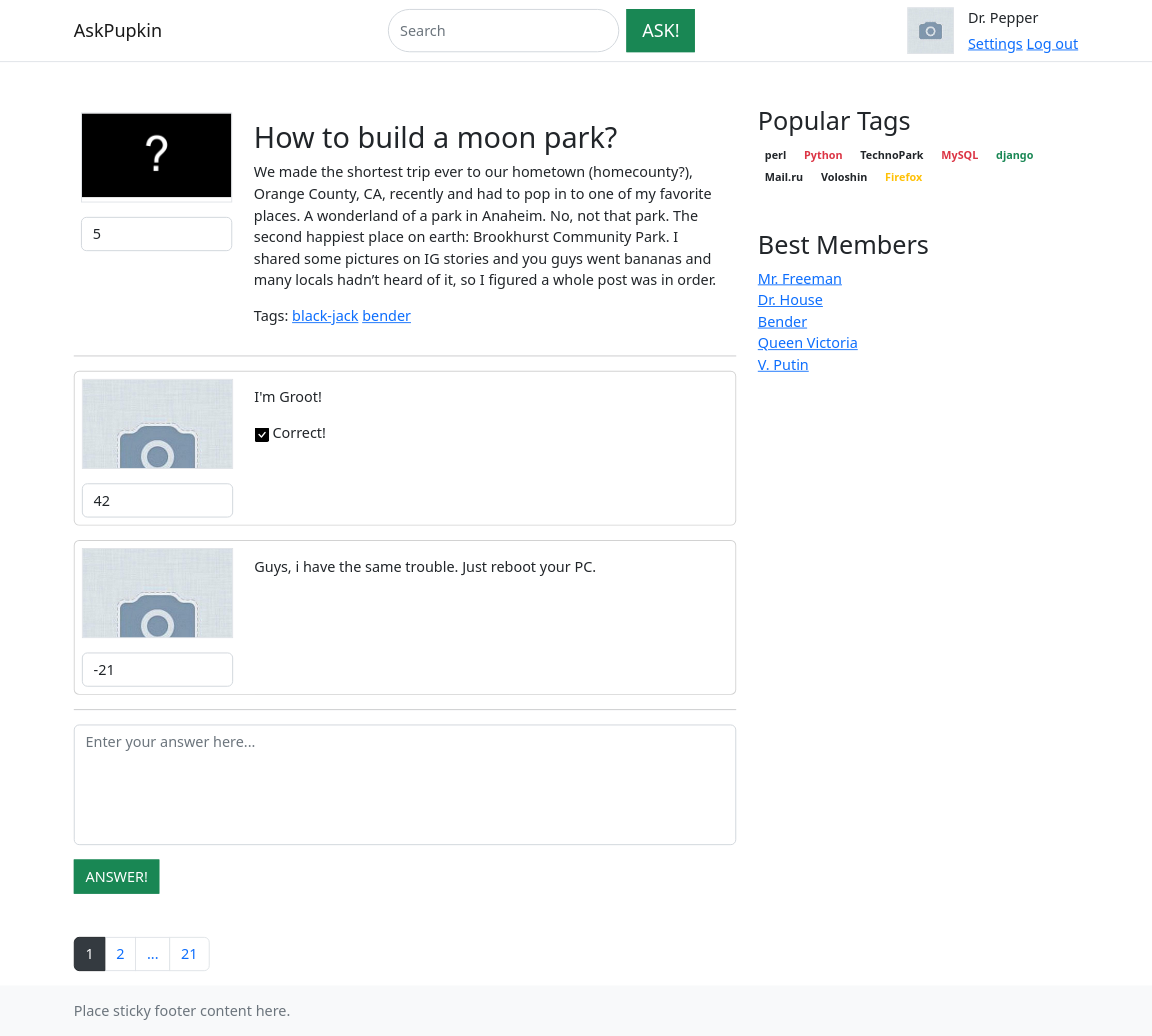
Repository: MiniDan21/askme_molchanov_django
Page: http://localhost/question/1
An editor plug-in stored every save of this project. The page is shown before and after the next save, followed by the edit.
The browser window is 1280 px wide. The pictures show the whole page, at 90% of full size.
The page is served by the project's application, run on Django 5.2 (manage.py). Other server files are loaded and not shown.

Above is the page before, as saved 2024-04-09 19:02:17.

### templates/question.html
<!doctype html>
<html lang="en">
  <head>
    <meta charset="utf-8"/>
    <meta
      name="viewport"
      content="width=device-width, initial-scale=1"
    />
    <title>ask-pipkin.com</title>
    <link
      rel="stylesheet"
      href="../static/css/bootstrap.css"
    />
    <link
      rel="stylesheet"
      href="../static/css/custom.css"
    />
  </head>
  <body>
    <nav class="navbar bg-body-tertiary border-bottom">
      <div class="container-sm-fluid container-lg">
        <a class="navbar-brand">AskPupkin</a>
        <form
          class="d-flex"
          role="search"
        >
          <input
            class="form-control me-2 rounded-pill"
            type="search"
            placeholder="Search"
            aria-label="Search"
          />
          <button
            class="btn btn-success btn-lg rounded-0"
            type="submit"
          >ASK!</button>
        </form>
        <div class="d-flex justify-content-between gap-3">
          <div class="border">
            <img
              src="../static/img/alter_avatar.jpg"
              alt="Avatar"
              width="50"
              height="50"
            />
          </div>
          <div class="d-flex flex-column justify-content-between">
            <div>Dr. Pepper</div>
            <div>
              <a href="/settings.html">Settings</a>
              <a href="/logout.html">Log out</a>
            </div>
          </div>
        </div>
      </div>
    </nav>
    <main class="container-fluid container-lg mt-3">
      <div class="row mt-5">
        <div class="col-8">
          <article class="card mb-3 w-100 border-0">
            <div class="row g-0">
              <div class="col-3 p-2">
                <div
                  class="border w-100 mb-3 overflow-hidden"
                  style="height: 100px"
                >
                  <img
                    src="../static/img/alter_question_avatar.jpg"
                    class="img-fluid"
                    alt="..."
                  />
                </div>
                <div class="input-group flex-nowrap">
                  <input
                    type="number"
                    value="5"
                    class="form-control"
                  />
                </div>
              </div>
              <div class="col">
                <div class="card-body">
                  <h2 class="card-title">
                    How to build a moon park?
                  </h2>
                  <p class="card-text">
                    We made the shortest trip ever to our hometown (homecounty?), Orange
                    County, CA, recently and had to pop in to one of my favorite places.
                    A wonderland of a park in Anaheim. No, not that park. The second happiest
                    place on earth: Brookhurst Community Park. I shared some pictures on IG
                    stories and you guys went bananas and many locals hadn’t heard of it, so I
                    figured a whole post was in order.
                  </p>
                  <div class="row">
                    <div class="col-8">
                      <span>Tags:</span>
                      <a href="/tag.html">black-jack</a>
                      <a href="/tag.html">bender</a>
                    </div>
                  </div>
                </div>
              </div>
            </div>
          </article>
          <hr/>
          <article class="card mb-3 w-100">
            <div class="row g-0">
              <div class="col-3 p-2">
                <div
                  class="border w-100 mb-3 overflow-hidden"
                  style="height: 100px"
                >
                  <img
                    src="../static/img/alter_avatar.jpg"
                    class="img-fluid relative"
                    alt="..."
                  />
                </div>
                <div class="input-group flex-nowrap">
                  <input
                    type="number"
                    value="42"
                    class="form-control"
                  />
                </div>
              </div>
              <div class="col">
                <div class="card-body">
                  <p class="card-text">
                    I'm Groot!
                  </p>
                  <div class="row">
                    <div class="col-8">
                      <picture>
                        <img
                          src="../static/img/checked.svg"
                          alt=""
                          class="img-fluid"
                        />
                      </picture>
                      Correct!
                    </div>
                  </div>
                </div>
              </div>
            </div>
          </article>
          <article class="card mb-3 w-100">
            <div class="row g-0">
              <div class="col-3 p-2">
                <div
                  class="border w-100 mb-3 overflow-hidden"
                  style="height: 100px"
                >
                  <img
                    src="../static/img/alter_avatar.jpg"
                    class="img-fluid relative"
                    alt="..."
                  />
                </div>
                <div class="input-group flex-nowrap">
                  <input
                    type="number"
                    value="-21"
                    class="form-control"
                  />
                </div>
              </div>
              <div class="col">
                <div class="card-body">
                  <p class="card-text">
                    Guys, i have the same trouble. Just reboot your PC.
                  </p>
                  <div class="row"></div>
                </div>
              </div>
            </div>
          </article>
          <hr/>
          <div class="mb-5 w-100">
            <div class="input-group mb-3">
              <textarea
                class="form-control resize-none"
                placeholder="Enter your answer here..."
                rows="5"
              ></textarea>
            </div>
            <button
              class="btn btn-success rounded-0"
              type="submit"
            >ANSWER!</button>
          </div>
          <nav aria-label="Page navigation example">
            <ul class="pagination">
              <li
                class="page-item active"
                aria-current="page"
              >
                <span class="page-link color-black">1</span>
              </li>
              <li class="page-item">
                <a
                  class="page-link"
                  href="#"
                >2</a>
              </li>
              <li class="page-item">
                <a
                  class="page-link"
                  href="#"
                >...</a>
              </li>
              <li class="page-item">
                <a
                  class="page-link"
                  href="#"
                >21</a>
              </li>
            </ul>
          </nav>
        </div>
        <div class="col-4">
          <h3>Popular Tags</h3>
          <div class="row">
            <div class="col">
              <span class="badge text-dark">perl</span>
              <span class="badge text-danger">Python</span>
              <span class="badge text-dark">TechnoPark</span>
              <span class="badge text-danger">MySQL</span>
              <span class="badge text-success">django</span>
              <span class="badge text-dark">Mail.ru</span>
              <span class="badge text-dark">Voloshin</span>
              <span class="badge text-warning">Firefox</span>
            </div>
          </div>
          <h3 class="mt-5">Best Members</h3>
          <div>
            <a
              href="/member.html"
              class="d-block"
            >
              Mr. Freeman
            </a>
            <a
              href="/member.html"
              class="d-block"
            >
              Dr. House
            </a>
            <a
              href="/member.html"
              class="d-block"
            >
              Bender
            </a>
            <a
              href="/member.html"
              class="d-block"
            >
              Queen Victoria
            </a>
            <a
              href="/member.html"
              class="d-block"
            >V. Putin</a>
          </div>
        </div>
      </div>
    </main>
    <footer class="p-3 bg-light">
      <div class="container">
        <span class="text-muted">Place sticky footer content here.</span>
      </div>
    </footer>
    <script src="../static/js/bootstrap.bundle.min.js"></script>
  </body>
</html>

### app/views.py
from random import randint, sample

from django.http import HttpRequest
from django.shortcuts import get_object_or_404, render, redirect


authed = True
def index(request: HttpRequest):
    questions = []
    TAGS = ['IT', 'JS', 'C++', 'Python', 'Django', 'Golang']
    for i in range(1,30):
        tags = [{'name': tag} for tag in sample(TAGS, randint(1, 3))]
        questions.append({
            'title': f'title {i}',
            'id': i,
            'text': f'text {i}',
            'answers': f'answers {randint(0, 6)}',
            'tags': tags,
            'likes': randint(-10, 10),
            'avatar': '../static/img/alter_question_avatar.jpg',
        })

    return render(request, "index.html", {"questions": questions, "authed": authed})

def question(request, id):
    return render(request, "question.html", {"authed": authed})

def tag(request, tag_name):
    questions = []
    for i in range(1,10):
        questions.append({
            'title': f'title {i}',
            'id': i,
            'text': f'text {i}',
            'answers': f'answers {randint(0, 6)}',
            'tags': [{'name': tag_name}],
            'likes': randint(10, 20),
            'avatar': '../static/img/alter_question_avatar.jpg',
        })
    return render(request, "tag.html", {'questions': questions, 'tag': tag_name, "authed": authed})

def hot(request):
    questions = []
    TAGS = ['IT', 'JS', 'C++', 'Python', 'Django', 'Golang']
    for i in range(1,30):
        tags = [{'name': tag} for tag in sample(TAGS, randint(1, 3))]
        questions.append({
            'title': f'title {i}',
            'id': i,
            'text': f'text {i}',
            'answers': f'answers {randint(0, 6)}',
            'tags': tags,
            'likes': randint(10, 20),
            'avatar': '../static/img/alter_question_avatar.jpg',
        })

    return render(request, "hot.html", {"authed": authed, "questions": sorted(questions, key=lambda x: x['likes'])[::-1]})


def signup(request):
    return render(request, "signup.html")

def login(request: HttpRequest):
    global authed
    authed = True

    return render(request, "login.html")

def ask(request):
    return render(request, "ask.html", {"authed": authed})

def logout(request: HttpRequest):
    global authed
    authed = False
    return redirect('index', permanent=False)

def settings(request):
    return render(request, "settings.html", {"authed": authed})

### askme_molchanov_django/urls.py
"""
URL configuration for askme_molchanov_django project.

The `urlpatterns` list routes URLs to views. For more information please see:
    https://docs.djangoproject.com/en/5.0/topics/http/urls/
Examples:
Function views
    1. Add an import:  from my_app import views
    2. Add a URL to urlpatterns:  path('', views.home, name='home')
Class-based views
    1. Add an import:  from other_app.views import Home
    2. Add a URL to urlpatterns:  path('', Home.as_view(), name='home')
Including another URLconf
    1. Import the include() function: from django.urls import include, path
    2. Add a URL to urlpatterns:  path('blog/', include('blog.urls'))
"""
from django.contrib import admin
from django.urls import path, include

urlpatterns = [
    path("", include("app.urls")),
    path('admin/', admin.site.urls),
]

### app/urls.py
from django.urls import path

from . import views

urlpatterns = [
    path("", views.index, name="index"),
    path("question/<int:id>", views.question, name="question"),
    path("tag/<str:tag_name>", views.tag, name="tag"),
    path("hot", views.hot, name="hot"),
    path("ask", views.ask, name="ask"),
    path("login", views.login, name="login"),
    path("signup", views.signup, name="signup"),
    path("logout", views.logout, name="logout"),
    path("settings", views.settings, name="settings"),
    # # ex: /polls/5/
    # path("<int:question_id>/", views.detail, name="detail"),
    # # ex: /polls/5/results/
    # path("<int:question_id>/results/", views.results, name="results"),
    # # ex: /polls/5/vote/
    # path("<int:question_id>/vote/", views.vote, name="vote"),
]

### static/css/custom.css
textarea{
    resize: none;
}

.pagination {
    --bs-pagination-padding-x: 0.75rem;
    --bs-pagination-padding-y: 0.375rem;
    --bs-pagination-font-size: 1rem;
    --bs-pagination-color: var(--bs-link-color);
    --bs-pagination-bg: #fff;
    --bs-pagination-border-width: 1px;
    --bs-pagination-border-color: #dee2e6;
    --bs-pagination-border-radius: 0.375rem;
    --bs-pagination-hover-color: var(--bs-link-hover-color);
    --bs-pagination-hover-bg: #e9ecef;
    --bs-pagination-hover-border-color: #dee2e6;
    --bs-pagination-focus-color: var(--bs-link-hover-color);
    --bs-pagination-focus-bg: #e9ecef;
    --bs-pagination-focus-box-shadow: 0 0 0 0.25rem rgba(108, 117, 125, 0.25);
    --bs-pagination-active-color: #fff;
    --bs-pagination-active-bg: var(--bs-gray-dark);
    --bs-pagination-active-border-color: var(--bs-gray-900);
    --bs-pagination-disabled-color: #6c757d;
    --bs-pagination-disabled-bg: #fff;
    --bs-pagination-disabled-border-color: #dee2e6;
    display: flex;
    padding-left: 0;
    list-style: none;
  }

### static/img/checked.svg
<svg xmlns="http://www.w3.org/2000/svg" width="16" height="16" fill="currentColor" class="bi bi-check-square-fill" viewBox="0 0 16 16">
  <path d="M2 0a2 2 0 0 0-2 2v12a2 2 0 0 0 2 2h12a2 2 0 0 0 2-2V2a2 2 0 0 0-2-2H2zm10.03 4.97a.75.75 0 0 1 .011 1.05l-3.992 4.99a.75.75 0 0 1-1.08.02L4.324 8.384a.75.75 0 1 1 1.06-1.06l2.094 2.093 3.473-4.425a.75.75 0 0 1 1.08-.022z"/>
</svg>

### templates/layouts/base.html
{% load static %}
<!doctype html>
<html lang="en">
  <head>
    <meta charset="utf-8"/>
    <meta
      name="viewport"
      content="width=device-width, initial-scale=1"
    />
    <title>{% block title %} ask-pipkin.com {% endblock %}</title>
    <link
      rel="stylesheet"
      type="text/css"
      href="{% static 'css/bootstrap.css' %}"
    />
    <link
      rel="stylesheet"
      type="text/css"
      href="{% static 'css/custom.css' %}"
    />
  </head>
  <body>
    <nav class="navbar bg-body-tertiary border-bottom">
      {% block navbar %}
      <div class="container-sm-fluid container-lg">
        <a class="navbar-brand" href="/">AskPupkin</a>
        <form
          class="d-flex"
          role="search"
        >
          <input
            class="form-control me-2 rounded-pill"
            type="search"
            placeholder="Search"
            aria-label="Search"
          />
          <button
            class="btn btn-success btn-lg rounded-0"
            type="submit"
          >ASK!</button>
        </form>
        <div class="d-flex justify-content-between gap-3">
          {% include 'layouts/loged_in.html' %}
        </div>
      </div>
    {% endblock %}
    </nav>
    <main class="container-fluid container-lg mt-3">
      {% block main %}
        block main
      {% endblock %}
    </main>
    <!-- <footer class="fixed-bottom p-3 bg-light">
      {% block footer %}
      <div class="container">
        <span class="text-muted">Place sticky footer content here.</span>
      </div>
      {% endblock %}
    </footer> -->
    <script src="../static/js/bootstrap.bundle.min.js"></script>
  </body>
</html>

### templates/layouts/loged_in.html
{% if authed %}
<div class="border">
  <img
    src="../static/img/alter_avatar.jpg"
    alt="Avatar"
    width="50"
    height="50"
  />
</div>
<div class="d-flex flex-column justify-content-between">
  <div>{{user.nickmame|default:"Dr. Pepper"}}</div>
  <div>
    <a href="{% url 'settings' %}">Settings</a>
    <a href="{% url 'logout' %}">Log out</a>
  </div>
</div>
{% else %}
<div class="d-flex flex-column justify-content-between">
  <div>
    <a href="{% url 'login' %}">log in</a>
    <a href="{% url 'signup' %}">sign up</a>
  </div>
</div>
{% endif %}

### templates/layouts/popular.html
<div class="col-4">
    <h3>Popular Tags</h3>
    <div class="row">
      <div class="col">
        <a href="{% url 'tag' 'perl'%}"><span class="badge text-dark">perl</span></a>
        <a href="{% url 'tag' 'Python'%}"><span class="badge text-danger">Python</span></a>
        <a href="{% url 'tag' 'TechnoPark'%}"><span class="badge text-dark">TechnoPark</span></a>
        <a href="{% url 'tag' 'MySQL'%}"><span class="badge text-danger">MySQL</span></a>
        <a href="{% url 'tag' 'django'%}"><span class="badge text-success">django</span></a>
        <a href="{% url 'tag' 'Mail.ru'%}"><span class="badge text-dark">Mail.ru</span></a>
        <a href="{% url 'tag' 'Voloshin'%}"><span class="badge text-dark">Voloshin</span></a>
        <a href="{% url 'tag' 'Firefox'%}"><span class="badge text-warning">Firefox</span></a>
      </div>
    </div>
    <h3 class="mt-5">Best Members</h3>
    <div>
      <a
        href="/member.html"
        class="d-block"
      >
        Mr. Freeman
      </a>
      <a
        href="/member.html"
        class="d-block"
      >
        Dr. House
      </a>
      <a
        href="/member.html"
        class="d-block"
      >
        Bender
      </a>
      <a
        href="/member.html"
        class="d-block"
      >
        Queen Victoria
      </a>
      <a
        href="/member.html"
        class="d-block"
      >V. Putin</a>
    </div>
  </div>
</div>

Loaded but not shown: static/css/bootstrap.css (library); static/js/bootstrap.bundle.min.js (library)

After the next save:
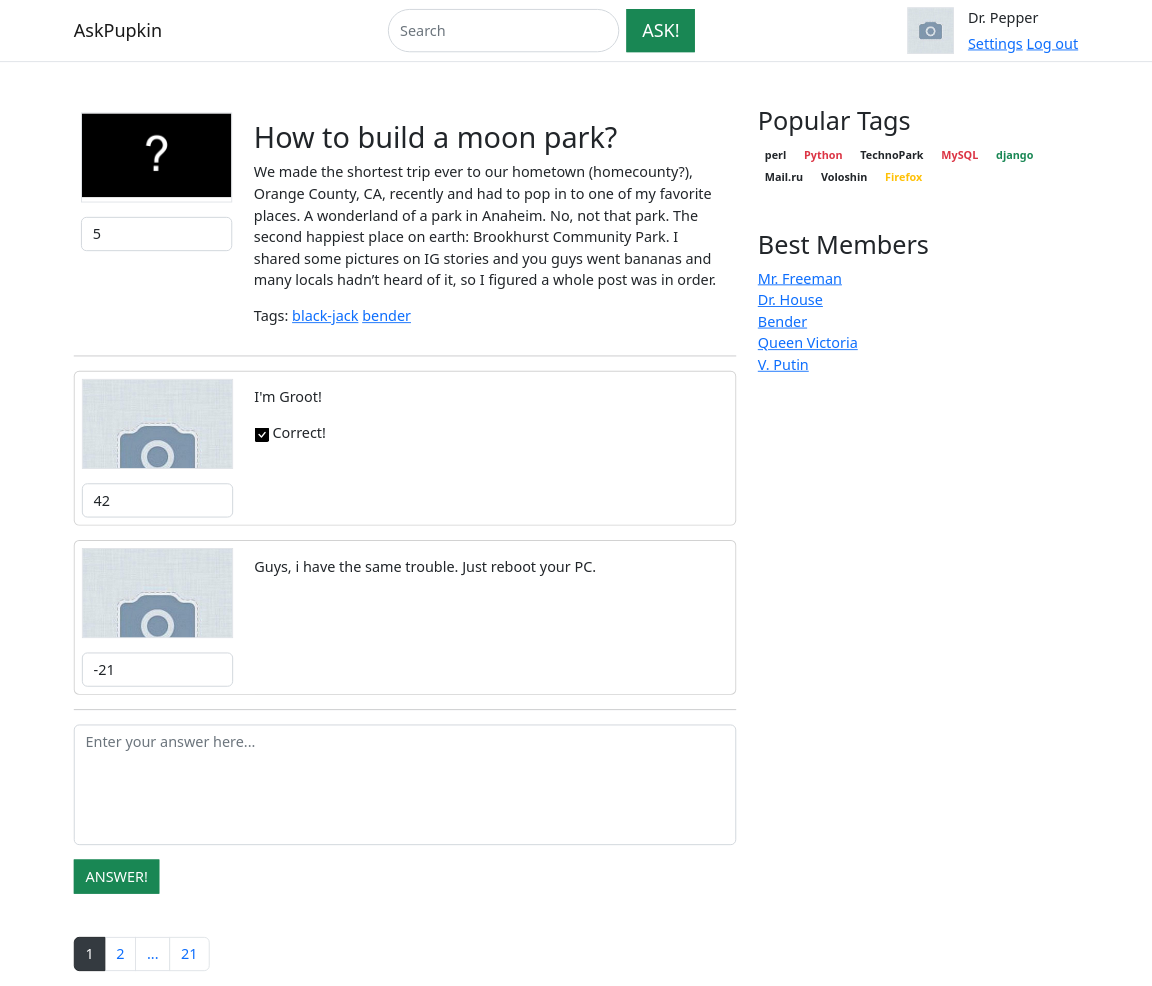
Saved 2 min 44 s later.
--- a/templates/question.html
+++ b/templates/question.html
@@ -1,61 +1,6 @@
-<!doctype html>
-<html lang="en">
-  <head>
-    <meta charset="utf-8"/>
-    <meta
-      name="viewport"
-      content="width=device-width, initial-scale=1"
-    />
-    <title>ask-pipkin.com</title>
-    <link
-      rel="stylesheet"
-      href="../static/css/bootstrap.css"
-    />
-    <link
-      rel="stylesheet"
-      href="../static/css/custom.css"
-    />
-  </head>
-  <body>
-    <nav class="navbar bg-body-tertiary border-bottom">
-      <div class="container-sm-fluid container-lg">
-        <a class="navbar-brand">AskPupkin</a>
-        <form
-          class="d-flex"
-          role="search"
-        >
-          <input
-            class="form-control me-2 rounded-pill"
-            type="search"
-            placeholder="Search"
-            aria-label="Search"
-          />
-          <button
-            class="btn btn-success btn-lg rounded-0"
-            type="submit"
-          >ASK!</button>
-        </form>
-        <div class="d-flex justify-content-between gap-3">
-          <div class="border">
-            <img
-              src="../static/img/alter_avatar.jpg"
-              alt="Avatar"
-              width="50"
-              height="50"
-            />
-          </div>
-          <div class="d-flex flex-column justify-content-between">
-            <div>Dr. Pepper</div>
-            <div>
-              <a href="/settings.html">Settings</a>
-              <a href="/logout.html">Log out</a>
-            </div>
-          </div>
-        </div>
-      </div>
-    </nav>
-    <main class="container-fluid container-lg mt-3">
-      <div class="row mt-5">
+{% extends 'layouts/base.html' %}
+{% block main %}
+<div class="row mt-5">
         <div class="col-8">
           <article class="card mb-3 w-100 border-0">
             <div class="row g-0">
@@ -219,59 +164,6 @@
             </ul>
           </nav>
         </div>
-        <div class="col-4">
-          <h3>Popular Tags</h3>
-          <div class="row">
-            <div class="col">
-              <span class="badge text-dark">perl</span>
-              <span class="badge text-danger">Python</span>
-              <span class="badge text-dark">TechnoPark</span>
-              <span class="badge text-danger">MySQL</span>
-              <span class="badge text-success">django</span>
-              <span class="badge text-dark">Mail.ru</span>
-              <span class="badge text-dark">Voloshin</span>
-              <span class="badge text-warning">Firefox</span>
-            </div>
-          </div>
-          <h3 class="mt-5">Best Members</h3>
-          <div>
-            <a
-              href="/member.html"
-              class="d-block"
-            >
-              Mr. Freeman
-            </a>
-            <a
-              href="/member.html"
-              class="d-block"
-            >
-              Dr. House
-            </a>
-            <a
-              href="/member.html"
-              class="d-block"
-            >
-              Bender
-            </a>
-            <a
-              href="/member.html"
-              class="d-block"
-            >
-              Queen Victoria
-            </a>
-            <a
-              href="/member.html"
-              class="d-block"
-            >V. Putin</a>
-          </div>
-        </div>
+        {% include 'layouts/popular.html' %}
       </div>
-    </main>
-    <footer class="p-3 bg-light">
-      <div class="container">
-        <span class="text-muted">Place sticky footer content here.</span>
-      </div>
-    </footer>
-    <script src="../static/js/bootstrap.bundle.min.js"></script>
-  </body>
-</html>
+{% endblock %}
